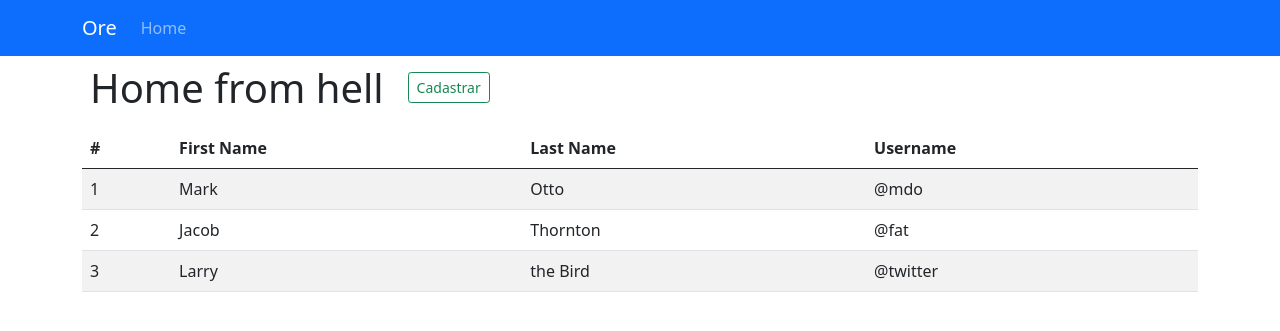
Repository: thf4/React-Front
Page: /
An editor plug-in stored every save of this project. The page is shown before and after the next save, followed by the edit.
The browser window is 1280 px wide. The pictures show the whole page.
The project was rebuilt for these pictures with package versions that can differ from the ones it lists, and the page was loaded fresh each time. Also part of the build but not shown: src/pages/Vizualizar/index.js, src/pages/Cadastrar/index.js, src/pages/Editar/index.js.

Above is the page before, as saved 2021-05-07 09:25:18.

After the next save:
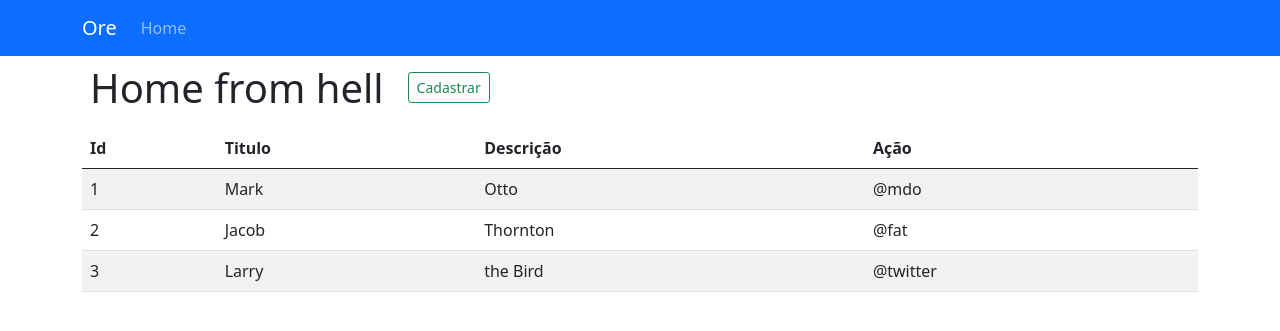
Saved 6 min 38 s later.
--- a/src/pages/Home/index.js
+++ b/src/pages/Home/index.js
@@ -1,6 +1,7 @@
 import React from "react";
 import { Container } from "reactstrap";
 import { Table } from "reactstrap";
+import axios from "axios"
 export const Home = () => {
   return (
     <div>
@@ -18,10 +19,10 @@ export const Home = () => {
         <Table striped hover>
           <thead>
             <tr>
-              <th>#</th>
-              <th>First Name</th>
-              <th>Last Name</th>
-              <th>Username</th>
+              <th>Id</th>
+              <th>Titulo</th>
+              <th>Descrição</th>
+              <th>Ação</th>
             </tr>
           </thead>
           <tbody>
